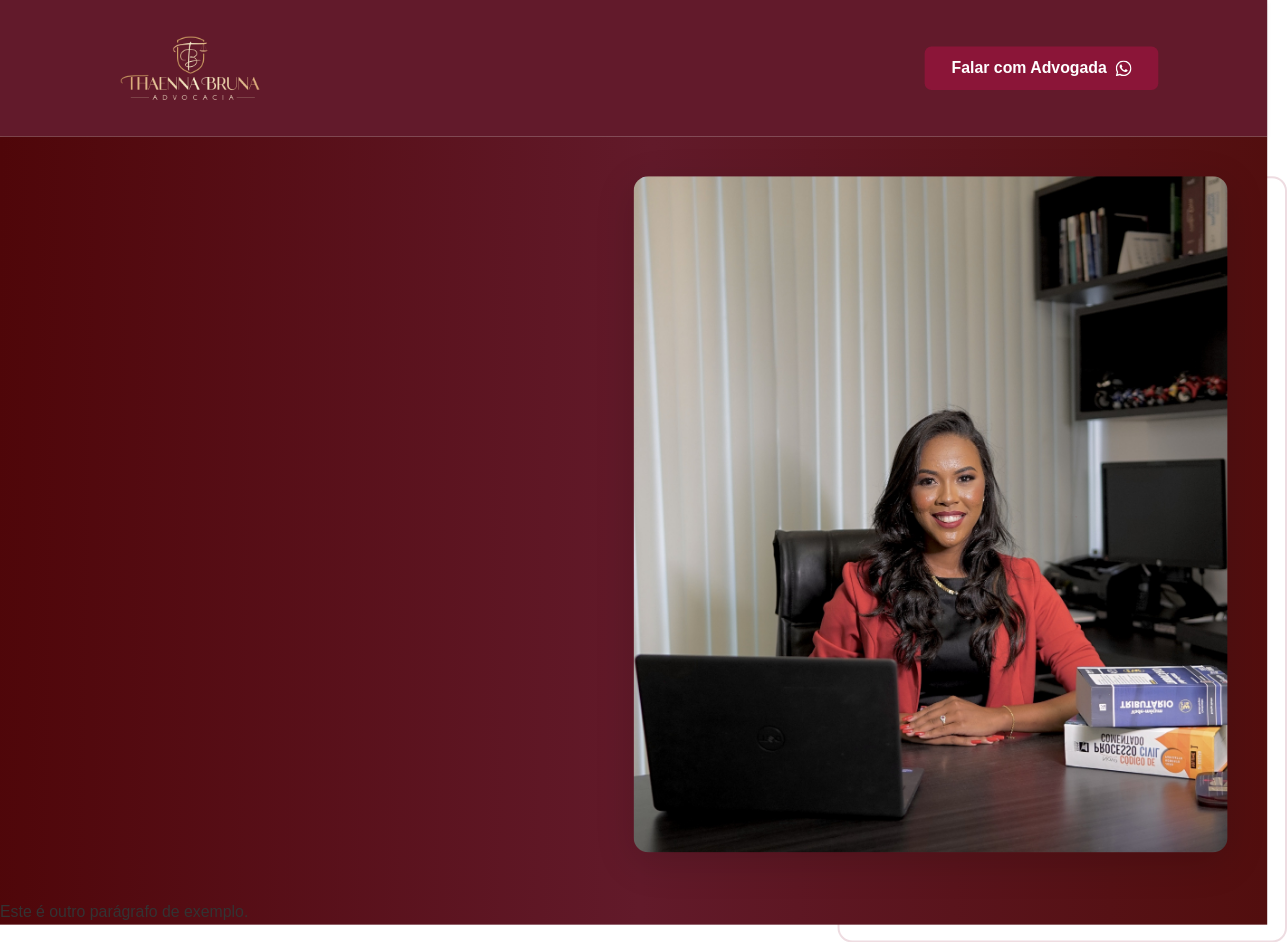
Repository: EmanuelVieiira/landing-page-advocacia
Page: index.html
The author's editor kept a copy of each file at every save. The page is drawn from the files as they stood at one save, then again after the next save.
The browser window is 1280 px wide. The page is 1300 px wide, so the pictures cover 1300 px, including what lies to the right of the window. The pictures show the whole page, at 99% of full size.

Above is the page before, as saved 2026-02-02 22:08:17.

### index.html
<!DOCTYPE html>
<html lang="pt-BR">
<head>
    <meta charset="UTF-8">
    <meta name="viewport" content="width=device-width, initial-scale=1.0">
    <title>Thaenna Bruuna Advocacia</title>
    <link rel="stylesheet" href="css/style.css">
</head>
<body>
    <header>
        <div class="header-container">
            <img src="/img/Logotipo.png" alt="Logo da Advocacia Thaenna Bruuna" class="logo">
            <a href="https://wa.me/5511999999999" target="_blank" class="btn-whatsapp">
                Falar com Advogada
                <svg xmlns="http://www.w3.org/2000/svg" width="20" height="20" fill="currentColor" viewBox="0 0 16 16">
                    <path d="M13.601 2.326A7.854 7.854 0 0 0 7.994 0C3.627 0 .068 3.558.064 7.926c0 1.399.366 2.76 1.057 3.965L0 16l4.204-1.102a7.933 7.933 0 0 0 3.79.965h.004c4.368 0 7.926-3.558 7.93-7.93A7.898 7.898 0 0 0 13.6 2.326zM7.994 14.521a6.573 6.573 0 0 1-3.356-.92l-.24-.144-2.494.654.666-2.433-.156-.251a6.56 6.56 0 0 1-1.007-3.505c0-3.626 2.957-6.584 6.591-6.584a6.56 6.56 0 0 1 4.66 1.931 6.557 6.557 0 0 1 1.928 4.66c-.004 3.639-2.961 6.592-6.592 6.592zm3.615-4.934c-.197-.099-1.17-.578-1.353-.646-.182-.065-.315-.099-.445.099-.133.197-.513.646-.627.775-.114.133-.232.148-.43.05-.197-.1-.836-.308-1.592-.985-.59-.525-.985-1.175-1.103-1.372-.114-.198-.011-.304.088-.403.087-.088.197-.232.296-.346.1-.114.133-.198.198-.33.065-.134.034-.248-.015-.347-.05-.099-.445-1.076-.612-1.47-.16-.389-.323-.335-.445-.34-.114-.007-.247-.007-.38-.007a.729.729 0 0 0-.529.247c-.182.198-.691.677-.691 1.654 0 .977.71 1.916.81 2.049.098.133 1.394 2.132 3.383 2.992.47.205.84.326 1.129.418.475.152.904.129 1.246.08.38-.058 1.171-.48 1.338-.943.164-.464.164-.86.114-.943-.049-.084-.182-.133-.38-.232z"/>
                </svg>
            </a>
        </div>
    </header>
    <main>

        <section class="hero">
            <div class="hero-image ">

                <img src="/img/thaenna_bruna.JPEG" alt="Dra. Thaenna Bruuna - Advogada especializada em Direito de Família">
            </div>
        </section>
        <section>
            <p>Este é outro parágrafo de exemplo.</p>
        </section>
    </main>
</body>
</html>

### css/style.css
*{
    margin: 0;
    padding: 0;
    box-sizing: border-box;
}

body {
    font-family: Arial, sans-serif; /* Define uma fonte ainda*/
    background-color: #ffffff;
    color: #333;
    line-height: 1.6;
    padding: 0;
    overflow-x: hidden;
}

header {

    height: auto;
    width: 100%;
    max-width: 100%;
    color: white;
    padding: 37px 0;
    text-align: center;
    box-shadow: 0 2px 5px rgba(0,0,0,0.1);
     background-color: #621a2b;
}

.header-container {
    display: flex;
    justify-content: center;
    align-items: center;
    max-width: 1200px;

    margin: 0 auto;
    padding: 0 20px;
}

.logo {
    height: 64px;
    width: auto;
}


.btn-whatsapp {
    background-color: #8B1538; /* Cor vinho */
    color: white;
    padding: 9px 27px;
    text-decoration: none;
    border-radius: 7px;
    font-weight: bold;
    display: flex;
    display: none;
    align-items: center;
    gap: 9px;
    transition: all 0.3s ease;
    font-size: 16px;
}

.btn-whatsapp:hover {
    background-color: #6B0F2A; /* Vinho mais escuro no hover */
    transform: translateY(-2px);
    box-shadow: 0 4px 8px rgba(0,0,0,0.2);
}

.btn-whatsapp svg {
    width: 16px;
    height: 16px;
}

/* (desktop) */
@media (min-width: 768px) {
    .header-container {
        justify-content: space-between; /* Separado no desktop */
    }
    .logo {
        margin-left: 62px;
    }
    .btn-whatsapp {
        margin-right: 50px;
        display: flex; /* Aparece no desktop */
    }
}
.hero {
    display: flex;              /* coloca imagem dentro do section */
    justify-content: flex-end;  /* joga para o lado direito */
    align-items: center;        /* centraliza verticalmente */
    position: relative;         /* necessário para ::after e ::before */
    padding: 40px;              /* espaço interno */
}

.hero-image img {
    width: 100%;                /* ocupa toda a largura disponível */
    max-width: 600px;           /* aumenta o limite */
    height: auto;
    border-radius: 15px;
    box-shadow: 0 10px 40px rgba(0,0,0,0.15);
    transition: transform 0.3s ease;
}

.hero-image img:hover {
    transform: scale(1.02);
}
/* MAIN  TESTE */
main{
    background: #4f0609;
background: linear-gradient(91deg,rgba(79, 6, 9, 1) 0%, rgba(98, 26, 42, 1) 51%, rgba(82, 14, 14, 1) 100%);

}
/* Círculo grande decorativo */
.hero::after {
    content: '';
    position: absolute;
    right: 15%;

    transform: translateY(-50%);

    border: 1px solid rgba(139, 21, 56, 0.08);
    border-radius: 50%;
    z-index: 0;
}

/* Círculo decorativo menor */
.hero-decoration {
    position: absolute;
    right: 8%;
    bottom: 20%;
    width: 150px;
    height: 150px;
    border: 1px solid rgba(139, 21, 56, 0.12);
    border-radius: 50%;
    z-index: 0;
}

/* Moldura decorativa atrás da imagem */
.hero-image::before {
    content: '';
    position: absolute;

    right: -20px;
    width: 100%;
    height: 100%;
    max-width: 450px;
    border: 2px solid rgba(139, 21, 56, 0.15);
    border-radius: 15px;
    z-index: -1;
}

After the next save:
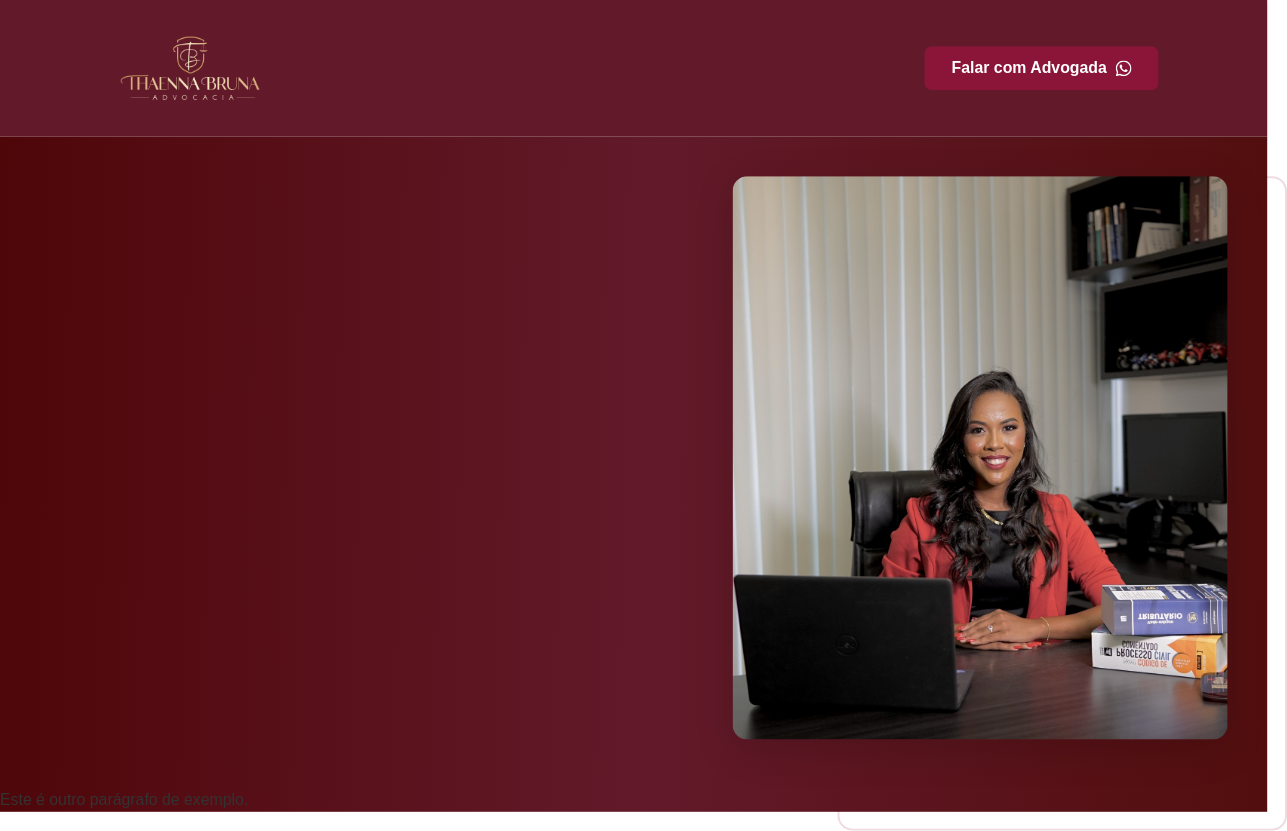
Saved 27 s later.
--- a/css/style.css
+++ b/css/style.css
@@ -90,7 +90,7 @@
 
 .hero-image img {
     width: 100%;                /* ocupa toda a largura disponível */
-    max-width: 600px;           /* aumenta o limite */
+    max-width: 500px;           /* aumenta o limite */
     height: auto;
     border-radius: 15px;
     box-shadow: 0 10px 40px rgba(0,0,0,0.15);
